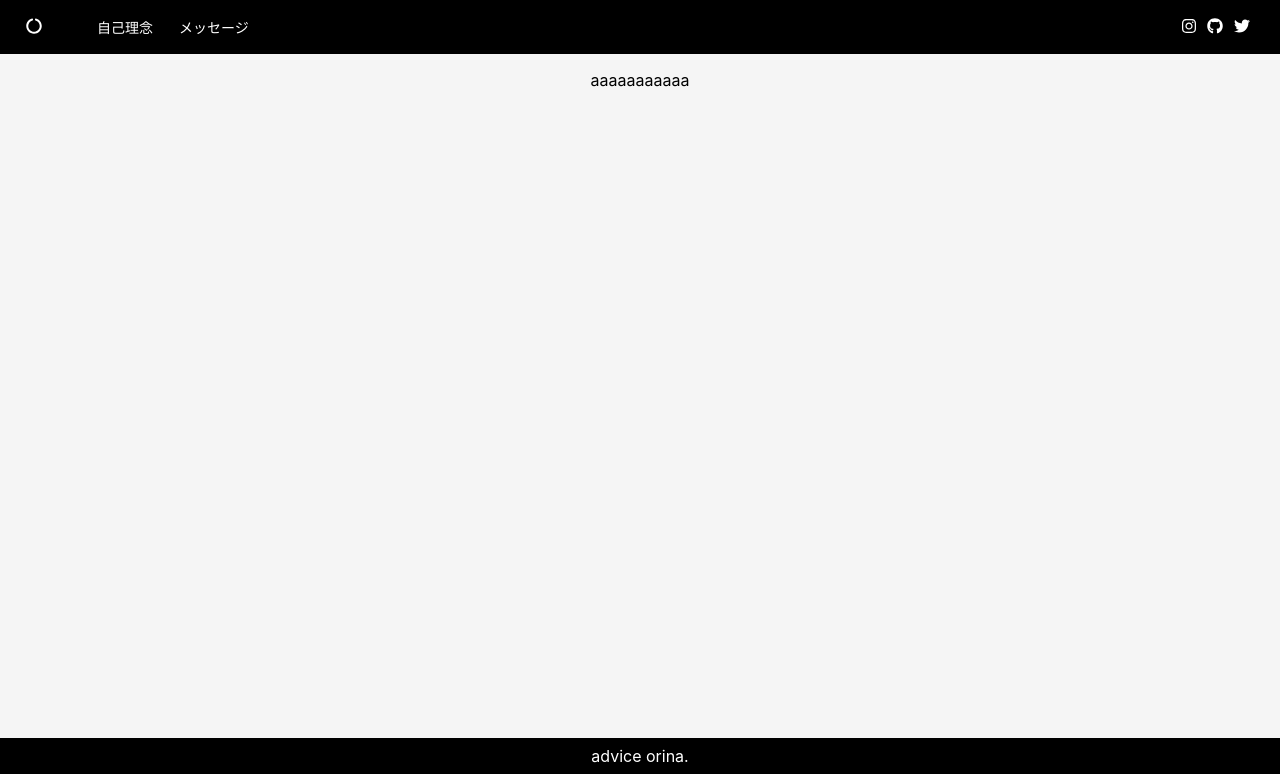
Repository: Rujuu-prog/react-mysite
Page: /philosophy
An editor plug-in stored every save of this project. The page is shown before and after the next save, followed by the edit.
The browser window is 1280 px wide. The pictures show the whole page.
The project was rebuilt for these pictures with package versions that can differ from the ones it lists, and the page was loaded fresh each time. Also part of the build but not shown: src/components/pages/Top.tsx.

Above is the page before, as saved 2021-05-13 01:14:46.

### src/App.tsx
import { Router } from "./router/Router";
import './App.css';



export default function App() {
  return (
    <div className="App" >
      <Router />
    </div>
  );
}

### src/router/Router.tsx
import React from "react";
import { BrowserRouter, Route, Switch } from "react-router-dom";
import { Philosophy } from "../components/pages/Philosophy";
import { Top } from "../components/pages/Top";
import { DefaultLayout } from "../components/templates/DefaultLayout";

export const Router:React.FC = () => {
    return(
        <BrowserRouter>
            <Switch>
                <Route exact path="/">
                <DefaultLayout>
                    <Top />
                </DefaultLayout>
                </Route>
                <Route path="/philosophy">
                <DefaultLayout>
                    <Philosophy />
                </DefaultLayout>
                </Route>
            </Switch>
        </BrowserRouter>
    );
}

### src/components/pages/Philosophy.tsx
import React from "react";
import styled from "styled-components";
import { DefaultLayout } from "../templates/DefaultLayout";
import me from '../atoms/img/me.svg'

export const Philosophy:React.FC = () => {
    return(
        <SMainContainer>
            <p>aaaaaaaaaaa</p>
        </SMainContainer>

    );
};

const SMainContainer = styled.div`
    display: flex;
    flex-direction: row;
    justify-content: space-around;
    flex-grow: 1;
    background-color: #f5f5f5;
    height: 100vh;
`;

### src/components/templates/DefaultLayout.tsx
import React from "react";
import styled from "styled-components";

import { FooterOnly } from "./FooterOnly";
import { HeaderOnly } from "./HeaderOnly";

type Props = {
    children?: React.ReactNode;
};

export const DefaultLayout: React.FC<Props> = ({children}) => {
    return (
    <SContainer>
        <HeaderOnly/>
        {children}
        <FooterOnly/>
    </SContainer>
    );
};

const SContainer = styled.div`
    min-height: 100vh;
    position: relative;
    box-sizing: border-box;
`;

### src/components/templates/FooterOnly.tsx
import React from "react";
import { Link } from "react-router-dom";
import styled from "styled-components";

import { Footer } from "../atoms/layout/Footer";


export const FooterOnly: React.FC = () => {
    return (
    <>
        <Footer />
    </>
    );
};


// const SLink = styled(Link)`
//     margin: 0 8px;
// `;

### src/components/templates/HeaderOnly.tsx
import React from "react";
import { Link } from "react-router-dom";
import styled from "styled-components";

import { Header } from "../atoms/layout/Header";
import { SecondaryButton } from "../atoms/button/SecondaryButton"
import { IconList } from "../molecules/IconList";
import { SiteIcon } from "../atoms/icon/SiteIcon";
import { NaviBar } from "../atoms/layout/NaviBar";

type Props = {
    children?: React.ReactNode;
};

export const HeaderOnly: React.FC<Props> = ({children}) => {
    return (
    <>
        <Header>
            <SiteIcon/>
            <NaviBar/>
        </Header>
        {children}
    </>
    );
};


// const SLink = styled(Link)`
//     margin: 0 8px;
// `;

### src/components/atoms/layout/Footer.tsx
import React from "react";
import styled from "styled-components";

export const Footer:React.FC = () => {
    return <SFooter><Sp>advice orina.</Sp></SFooter>;
};

const SFooter = styled.footer`
    background-color: black;
    color: #fff;
    text-align: center;
    padding: 8px 0;
    position: absolute;
    bottom: 0;
    width: 100%;
`;

const Sp = styled.p`
    margin: 0;
`;

### src/components/atoms/layout/Header.tsx
import React from "react";
import styled from "styled-components";

import { PrimaryButton } from '../button/PrimaryButton'

type Props = {
    children?: React.ReactNode;
}

export const Header: React.FC<Props> = ({children}) => {
    return (<SHeader>{children}</SHeader>);
};

const SHeader = styled.header`
    display: flex;
    align-items: center;
    height: 10%;
    background-color: black;
    color: #fff;
    padding: 16px 24px;
`;

### src/components/atoms/icon/SiteIcon.tsx
import { faCircleNotch } from "@fortawesome/free-solid-svg-icons";
import { FontAwesomeIcon } from "@fortawesome/react-fontawesome";
import styled from "styled-components";
import { Link } from "react-router-dom";

const IconStyle = {
    padding:"2",
    fontsize:"50"
}

export const SiteIcon:React.FC = () => {
    return(<SLink to="/"><FontAwesomeIcon style={IconStyle} icon={faCircleNotch}></FontAwesomeIcon></SLink>);
}

const SLink = styled(Link)`
    text-decoration: none;
    color: #fff;
`;

### src/components/atoms/layout/NaviBar.tsx
import React from "react";
import { Link } from "react-router-dom";
import styled from "styled-components";

import { SecondaryButton } from "../button/SecondaryButton"
import { IconList } from "../../molecules/IconList";

type Props = {
    children?: React.ReactNode;
};

export const NaviBar: React.FC<Props> = ({children}) => {
    return (
    <>
        <SNavi>
            <li><SLink to="/"><SecondaryButton>自己理念</SecondaryButton></SLink></li>
            <Slist><SLink to="/philosophy"><SecondaryButton>メッセージ</SecondaryButton></SLink></Slist>
            <li><IconList/></li>
        </SNavi>
        {children}
    </>
    );
};


const SNavi = styled.ul`
    display: flex;
    // justify-content: space-between;
    align-items: center;
    width: 100%;
    margin: 0;
    background-color: black;
    list-style: none;
    color: #fff;
    text-align: center;
`;

const Slist = styled.li`
    margin-right: auto;
`;

const SLink = styled(Link)`
    margin: 0 8px;
    text-decoration: none;
`;

### src/components/atoms/button/SecondaryButton.tsx
import styled from "styled-components";

export const SecondaryButton = (props:any) => {
    const { children } = props;
    return <SButton>{children}</SButton>;
};

const SButton = styled.a`
    color: #fff;
    width: 10%;
    font-size: 14px;
    padding: 5px;
`;

### src/components/molecules/IconList.tsx
import React from "react";
import styled from "styled-components";
import { Github } from "../atoms/icon/Github";
import { Instagram } from "../atoms/icon/Instagram";
import { Twitter } from "../atoms/icon/Twitter";

export const IconList:React.FC = () => {
    return(
        <SIconContainer>
            <Instagram/>
            <Github/>
            <Twitter/>
        </SIconContainer>
    );
};

const SIconContainer = styled.div`
    display: flex;
    align-items: center;
    justify-content: space-around;
    width: 80px;
`;

### src/components/atoms/icon/Github.tsx
import { faGithub } from "@fortawesome/free-brands-svg-icons";
import { FontAwesomeIcon } from "@fortawesome/react-fontawesome"
import styled from "styled-components";


const IconStyle = {
    padding:"2",
    fontsize:"50",
}

export const Github:React.FC = () => {
    return(<SButton href='https://github.com/Rujuu-prog'><FontAwesomeIcon style={IconStyle} icon={faGithub}></FontAwesomeIcon></SButton>);
}

const SButton = styled.a`
    text-decoration: none;
    color: #fff;
`;

### src/components/atoms/icon/Instagram.tsx
import { faInstagram } from "@fortawesome/free-brands-svg-icons";
import { FontAwesomeIcon } from "@fortawesome/react-fontawesome";
import styled from "styled-components";

const IconStyle = {
    padding:"2",
    fontsize:"50"
}

export const Instagram:React.FC = () => {
    return(<SButton href='https://www.instagram.com/rujuuuuuu/'><FontAwesomeIcon style={IconStyle} icon={faInstagram}></FontAwesomeIcon></SButton>);
}

const SButton = styled.a`
    text-decoration: none;
    color: #fff;
`;

### src/components/atoms/icon/Twitter.tsx
import { faInstagram, faTwitter } from "@fortawesome/free-brands-svg-icons";
import { FontAwesomeIcon } from "@fortawesome/react-fontawesome"
import styled from "styled-components";

const IconStyle = {
    padding:"2",
    fontsize:"50"
}

export const Twitter:React.FC = () => {
    return(<SButton href='https://twitter.com/Rujuu2118'><FontAwesomeIcon style={IconStyle} icon={faTwitter}></FontAwesomeIcon></SButton>);
}

const SButton = styled.a`
    text-decoration: none;
    color: #fff;
`;

Loaded but not shown: public/index.html (common file); src/index.tsx (common file); src/index.css (common file); src/reportWebVitals.ts (common file); src/App.css (common file)

After the next save:
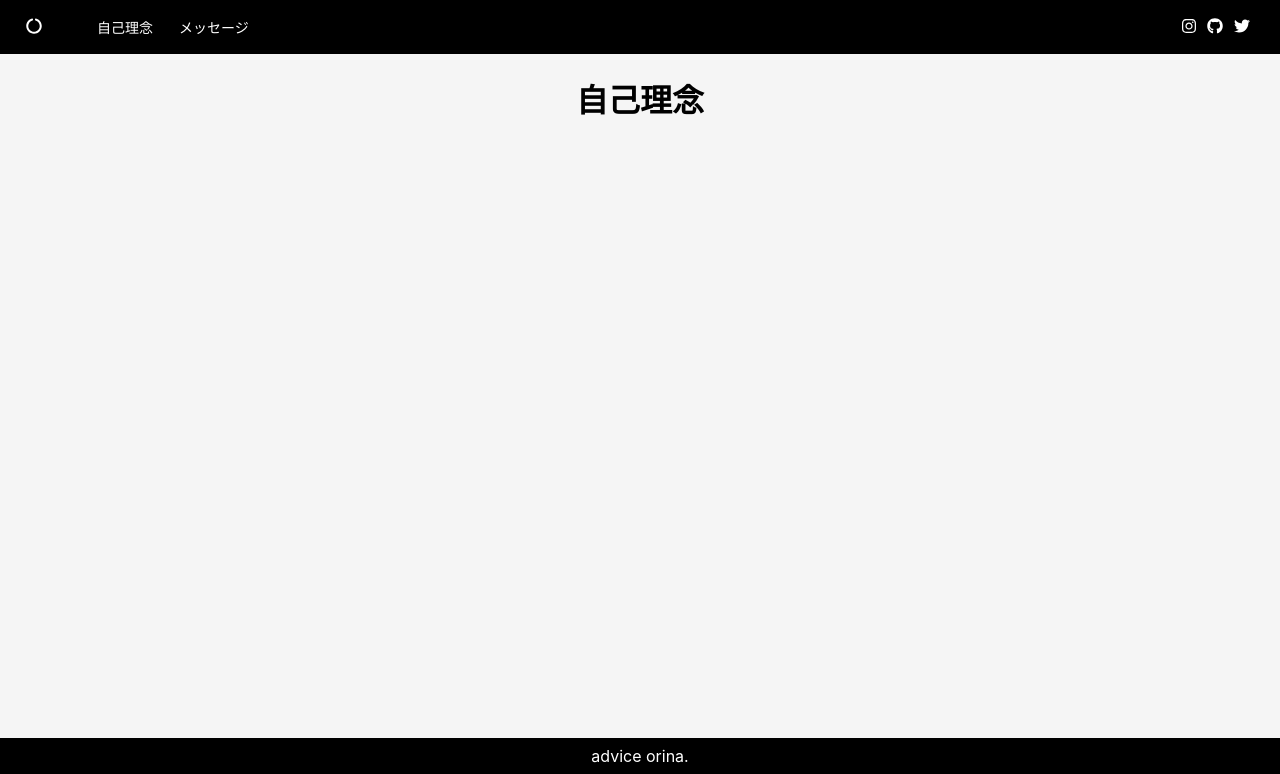
Saved 26 s later.
--- a/src/components/pages/Philosophy.tsx
+++ b/src/components/pages/Philosophy.tsx
@@ -6,7 +6,7 @@ import me from '../atoms/img/me.svg'
 export const Philosophy:React.FC = () => {
     return(
         <SMainContainer>
-            <p>aaaaaaaaaaa</p>
+            <h1>自己理念</h1>
         </SMainContainer>
 
     );
